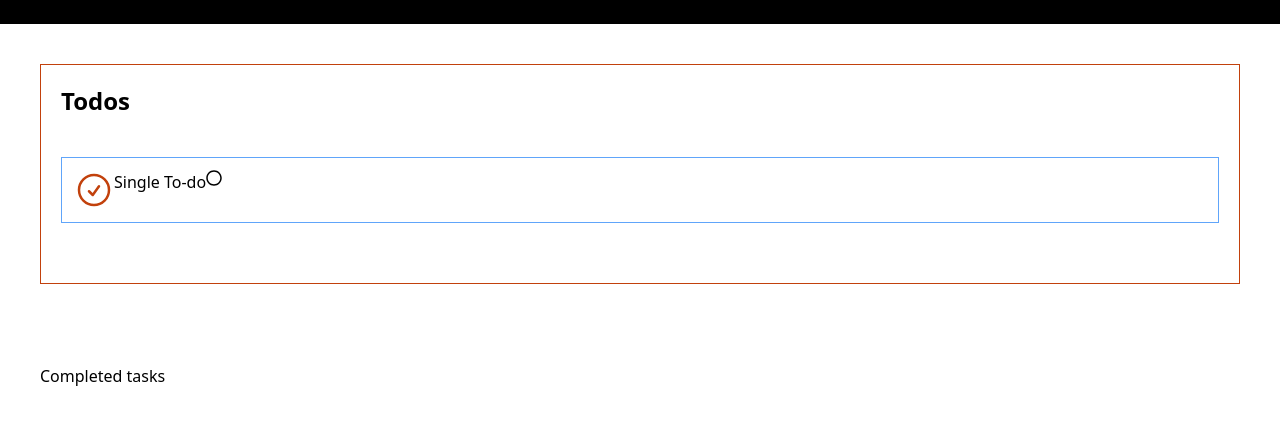
Repository: thekingisherenow/personalTodo
Page: /
An editor plug-in stored every save of this project. The page is shown before and after the next save, followed by the edit.
The browser window is 1280 px wide. The pictures show the whole page.
The project was rebuilt for these pictures with package versions that can differ from the ones it lists, and the page was loaded fresh each time. The framework's server and built-in components were replaced by stand-ins that run in the browser. Also part of the build but not shown: next.config.js, styles/Home.module.css.

Above is the page before, as saved 2022-12-15 15:10:00.

After the next save:
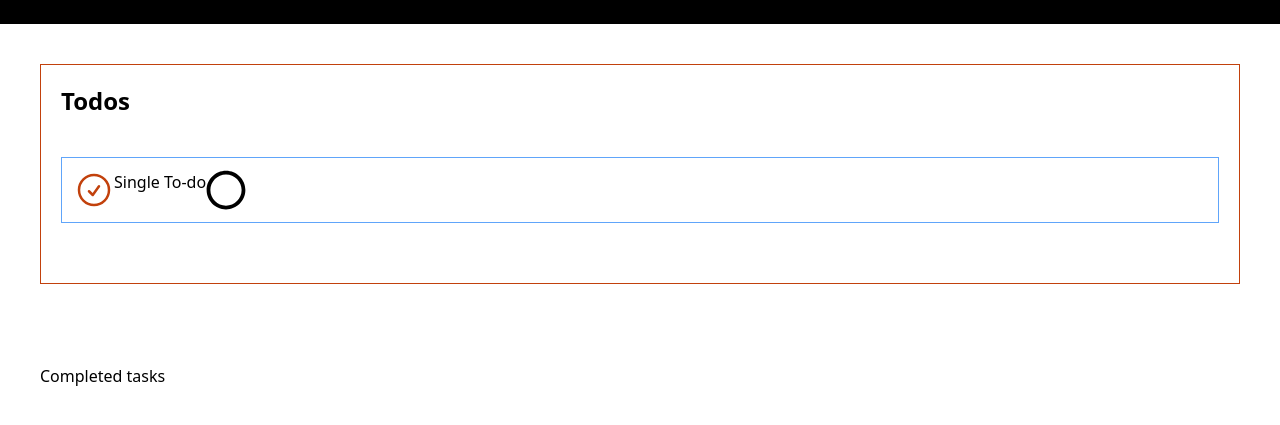
Saved 35 s later.
--- a/components/Todo.js
+++ b/components/Todo.js
@@ -7,7 +7,7 @@ function Todo() {
     <div className='border border-blue-400 p-3 my-10 flex'>
       <CheckCircleIcon className=' text-orange-700 w-10 h-10 ' />
       <span>Single To-do</span>
-      <FaRegCircle />
+      <FaRegCircle className='w-10 h-10' />
     </div>
   )
 }
